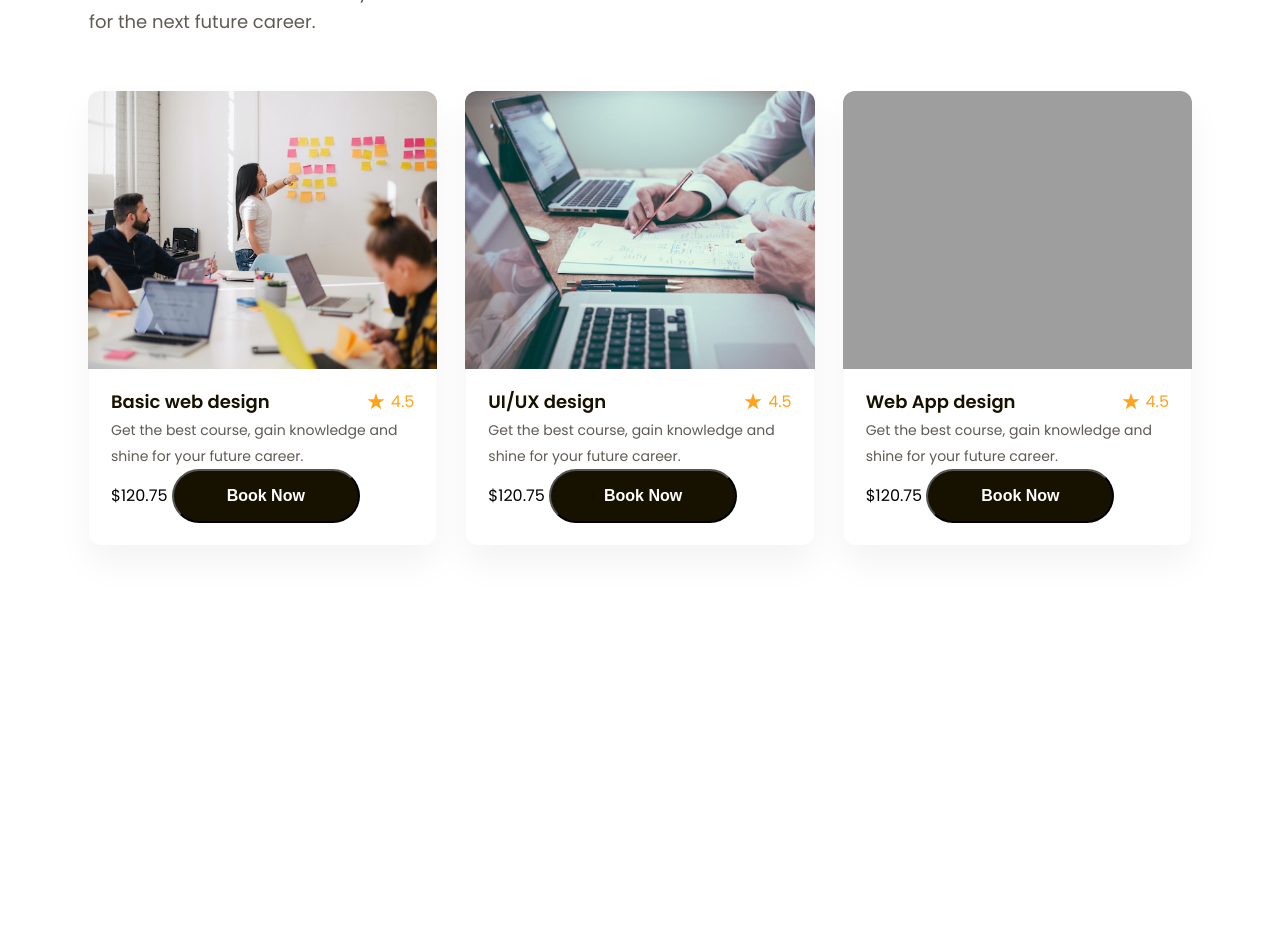
Repository: anhtien111198/f8-htmlcss-02
Page: index.html
The author's editor kept a copy of each file at every save. The page is drawn from the files as they stood at one save, then again after the next save.
The browser window is 1280 px wide. The pictures show the part of the page from y = 1187 to 2139 px (the page is 5000 px tall).
Pictures or frames that could not be fetched are drawn as grey boxes. A picture or video elsewhere on the page could not be fetched, so the positions and the page height are approximate.

Above is the page before, as saved 2023-05-09 10:33:30.

After the next save:
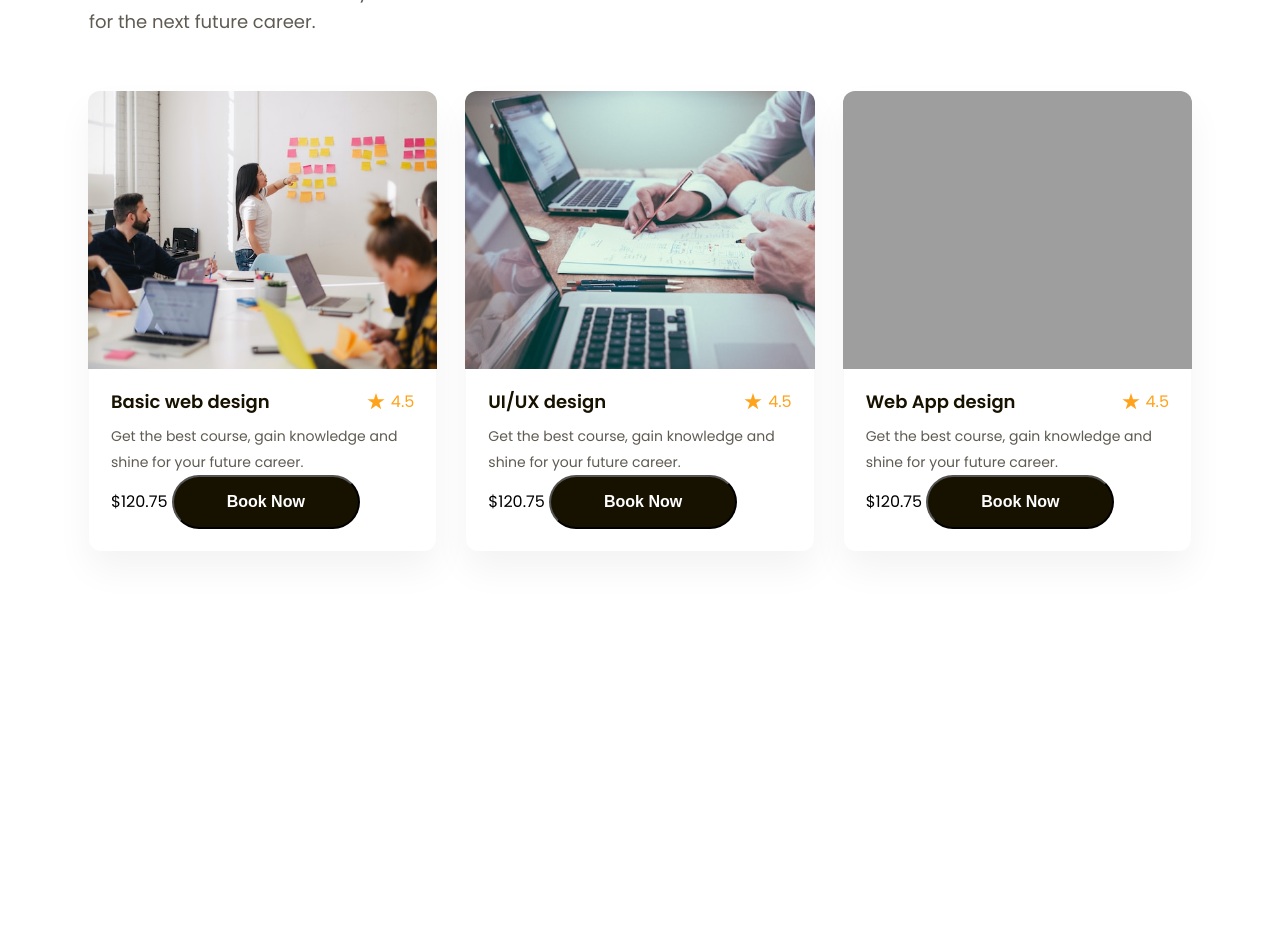
Saved 11 s later.
--- a/assets/css/style.css
+++ b/assets/css/style.css
@@ -311,6 +311,7 @@
     color: #fea31b;
 }
 .popular .course-item .desc {
+    margin-top: 6px;
     font-weight: 400;
     font-size: 1.4rem;
     line-height: 1.86;
